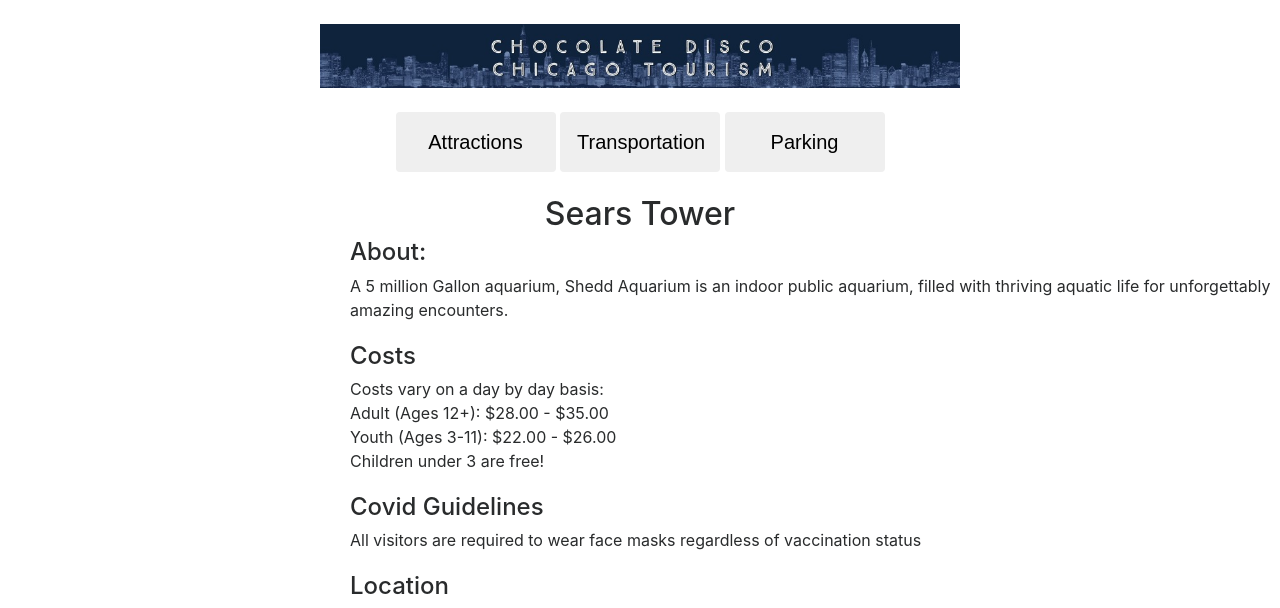
Repository: rkodit2/cs422project
Page: sheddAquarium.html
An editor plug-in stored every save of this project. The page is shown before and after the next save, followed by the edit.
The browser window is 1280 px wide. The pictures show the part of the page from y = 0 to 608 px (the page is 1108 px tall).
Pictures or frames that could not be fetched are drawn as grey boxes.

Above is the page before, as saved 2021-11-03 19:29:25.

### sheddAquarium.html
<!DOCTYPE html>
<html>
<head>
    <title>Chocolate Disco Chicago Tourism</title>
    <link rel="stylesheet" href=
    "https://maxcdn.bootstrapcdn.com/bootstrap/4.0.0-alpha.6/css/bootstrap.css">
    <link rel="stylesheet" href="homepage.css">
</head>
<body>
    <br>
    <div id="banner">
      <img src="pictures/banner3.jpg" alt="mainpage banner" class = "center" onclick="location.href='homepage.html';">
    </div>

    <br>
    <div class= "button-center">
        <button type ="button" id="Attractions" class="btn" onclick="location.href='attractions.html';" style="width: 160px; height: 60px; font-size: 20px;"> Attractions </button>
        <button type ="button" id="Transportation" class="btn" onclick="location.href='transportation.html';" style="width: 160px; height: 60px; font-size: 20px"> Transportation </button>
        <button type ="button" id="Parking" class="btn" onclick="location.href='parking.html';" style="width: 160px; height: 60px; font-size: 20px;"> Parking </button>
    </div>
    <br>
    <h2 style="text-align: center;"> Sears Tower </h2>
    <div style = "padding-left: 350px; padding-bottom: 50px;">
        <h4>About:</h4>
        <p style="padding-bottom: 5px;">A 5 million Gallon aquarium, Shedd Aquarium is an indoor public aquarium,
            filled with thriving aquatic life for unforgettably amazing encounters.</p>


        <h4>Costs</h4>
        <p style="padding-bottom: 5px;"> Costs vary on a day by day basis: <br>
            Adult (Ages 12+): $28.00 - $35.00 <br>
            Youth (Ages 3-11): $22.00 - $26.00 <br>
            Children under 3 are free!</p>

        <h4>Covid Guidelines</h4>
        <p style="padding-bottom: 5px;">All visitors are required to wear face masks regardless of vaccination status</p>


        <h4>Location</h4>
        <div class="gmap">
            <iframe src="https://www.google.com/maps/embed?pb=!1m18!1m12!1m3!1d30639.048300504415!2d-87.6554890462532!3d41.872478212615796!2m3!1f0!2f0!3f0!3m2!1i1024!2i768!4f13.1!3m3!1m2!1s0x880e2cbee269fbbb%3A0x10f6dce5eb88c7d!2sWillis%20Tower!5e0!3m2!1sen!2sus!4v1635904921765!5m2!1sen!2sus" width="600" height="450" style="border:0;" allowfullscreen="" loading="lazy"></iframe>
            <p style="padding-left: 20px; padding-top: 150px; font-size: 20px;">
               223 S Wacker Dr <br>
               Chicago, IL 60606
               <br>
               <br>
               <a href="https://www.willistower.com/" target="_blank">Sears Tower Main Website</a>
            </p>

        </div>
    </div>

</body>
</html>

### homepage.css
.button-center {
    text-align: center;
  }

.viewMore {
    display: flex;
    vertical-align: middle;
}
.center {
  display: block;
  margin-left: auto;
  margin-right: auto;
  width: 50%;
}
.gmap{
  display: flex;
  vertical-align: middle;
}

After the next save:
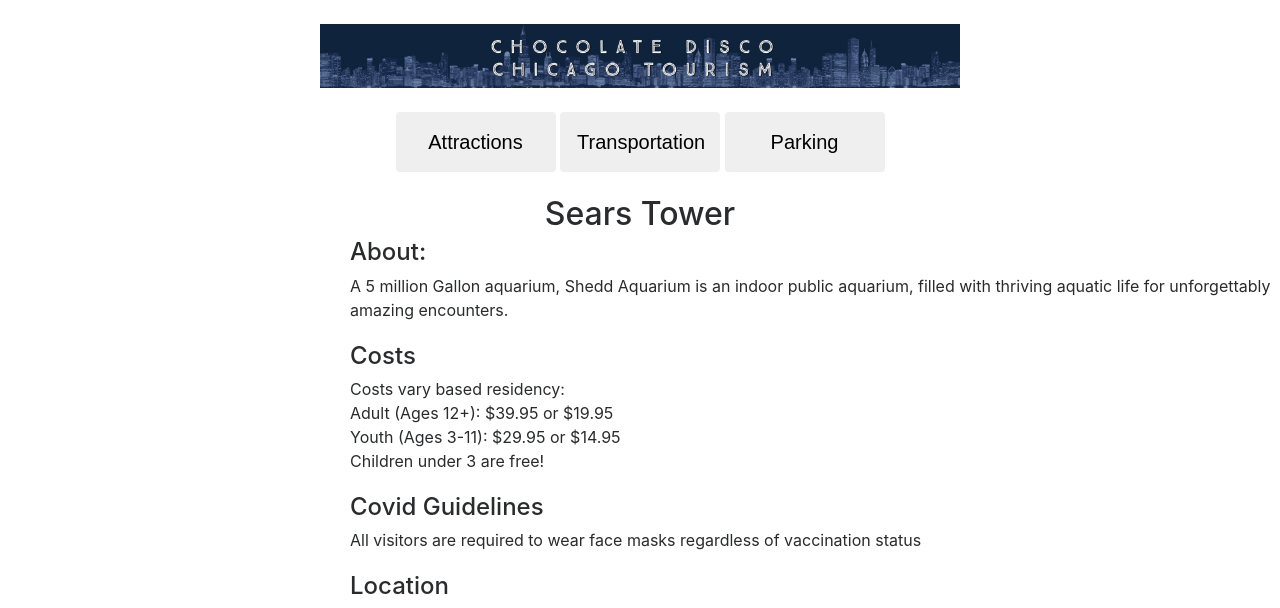
Saved 91 s later.
--- a/sheddAquarium.html
+++ b/sheddAquarium.html
@@ -27,9 +27,9 @@
 
 
         <h4>Costs</h4>
-        <p style="padding-bottom: 5px;"> Costs vary on a day by day basis: <br>
-            Adult (Ages 12+): $28.00 - $35.00 <br>
-            Youth (Ages 3-11): $22.00 - $26.00 <br>
+        <p style="padding-bottom: 5px;"> Costs vary based residency: <br>
+            Adult (Ages 12+): $39.95 or $19.95 <br>
+            Youth (Ages 3-11): $29.95 or $14.95 <br>
             Children under 3 are free!</p>
 
         <h4>Covid Guidelines</h4>
